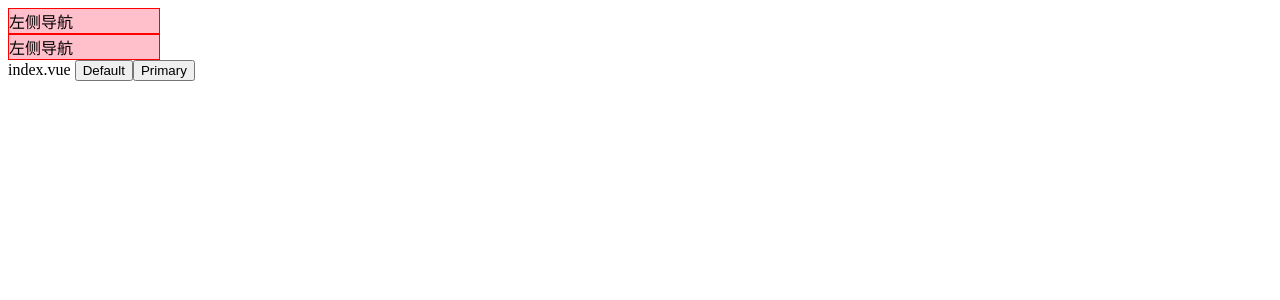
Repository: hanjinning/basicVueProject
Page: /
An editor plug-in stored every save of this project. The page is shown before and after the next save, followed by the edit.
The browser window is 1280 px wide. The pictures show the whole page.
The page's requests for data from a server got no answer. The project was rebuilt for these pictures with package versions that can differ from the ones it lists, and the page was loaded fresh each time. No one was signed in, and anything a server would have sent is missing. Also part of the build but not shown: vue.config.js, src/components/HelloWorld.vue, src/views/Home.vue.

Above is the page before, as saved 2021-03-18 10:47:45.

After the next save:
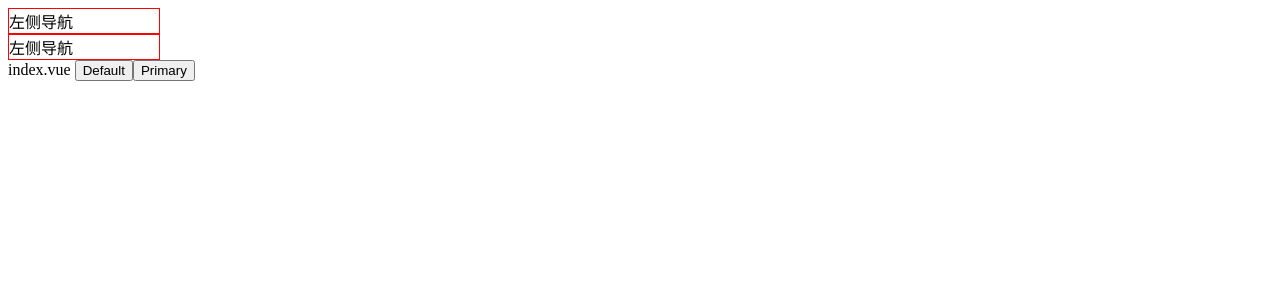
Saved 5 s later.
--- a/src/components/leftNav.vue
+++ b/src/components/leftNav.vue
@@ -12,7 +12,7 @@
 #leftNav{
     width: 150px;
     height:100%;
-    background: pink;
+    // background: pink;
     border: 1px solid red;
 }
 </style>
